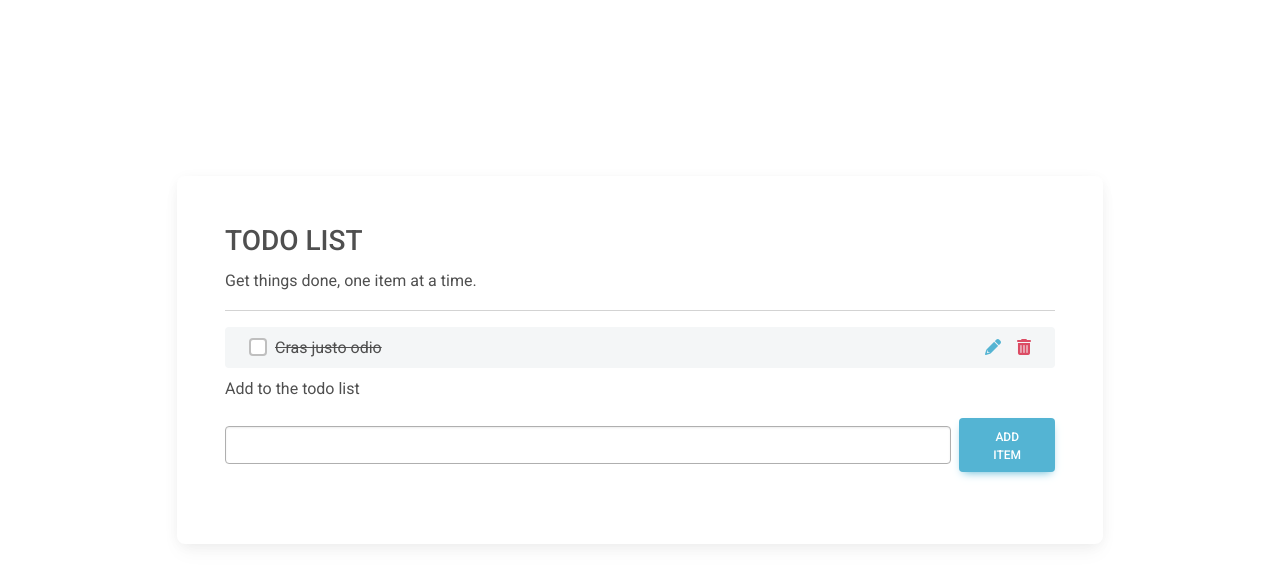
Repository: TinhTT336/MD02_HACKATHON01_HN_JV230620_BS_TranThiTinh_Basic
Page: /
The author's editor kept a copy of each file at every save. The page is drawn from the files as they stood at one save, then again after the next save.
The browser window is 1280 px wide. The pictures show the whole page.
Some web libraries are served in a nearby version. The project was rebuilt for these pictures with package versions that can differ from the ones it lists, and the page was loaded fresh each time. Also part of the build but not shown: vite.config.js, src/App.css, src/index.css.

Above is the page before, as saved 2023-09-05 10:35:14.

After the next save:
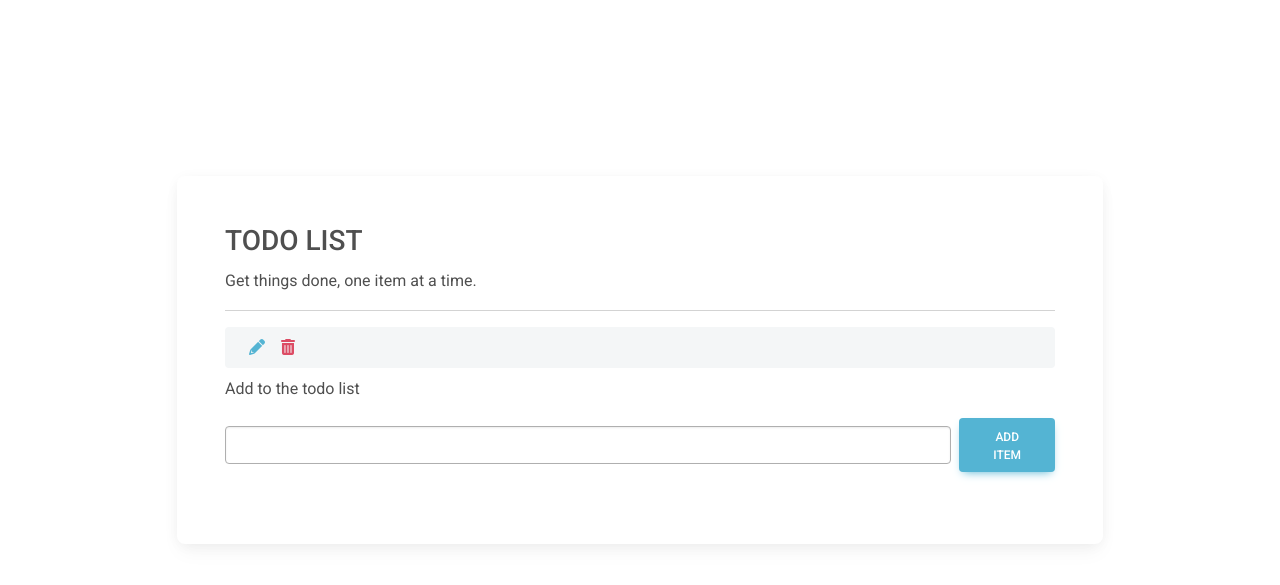
Saved 28 s later.
--- a/src/TodoList/todoList.jsx
+++ b/src/TodoList/todoList.jsx
@@ -45,14 +45,7 @@ export default function TodoList() {
                                           rounded justify-content-between"
                                                     style={{ backgroundColor: "#f4f6f7" }}
                                                 >
-                                                    <div>
-                                                        <input
-                                                            className="form-check-input
-                                                  me-2"
-                                                            type="checkbox"
-                                                        />
-                                                        <s>Cras justo odio</s>
-                                                    </div>
+
                                                     <div>
                                                         <a className="text-info" title="Sửa công việc">
                                                             <i
